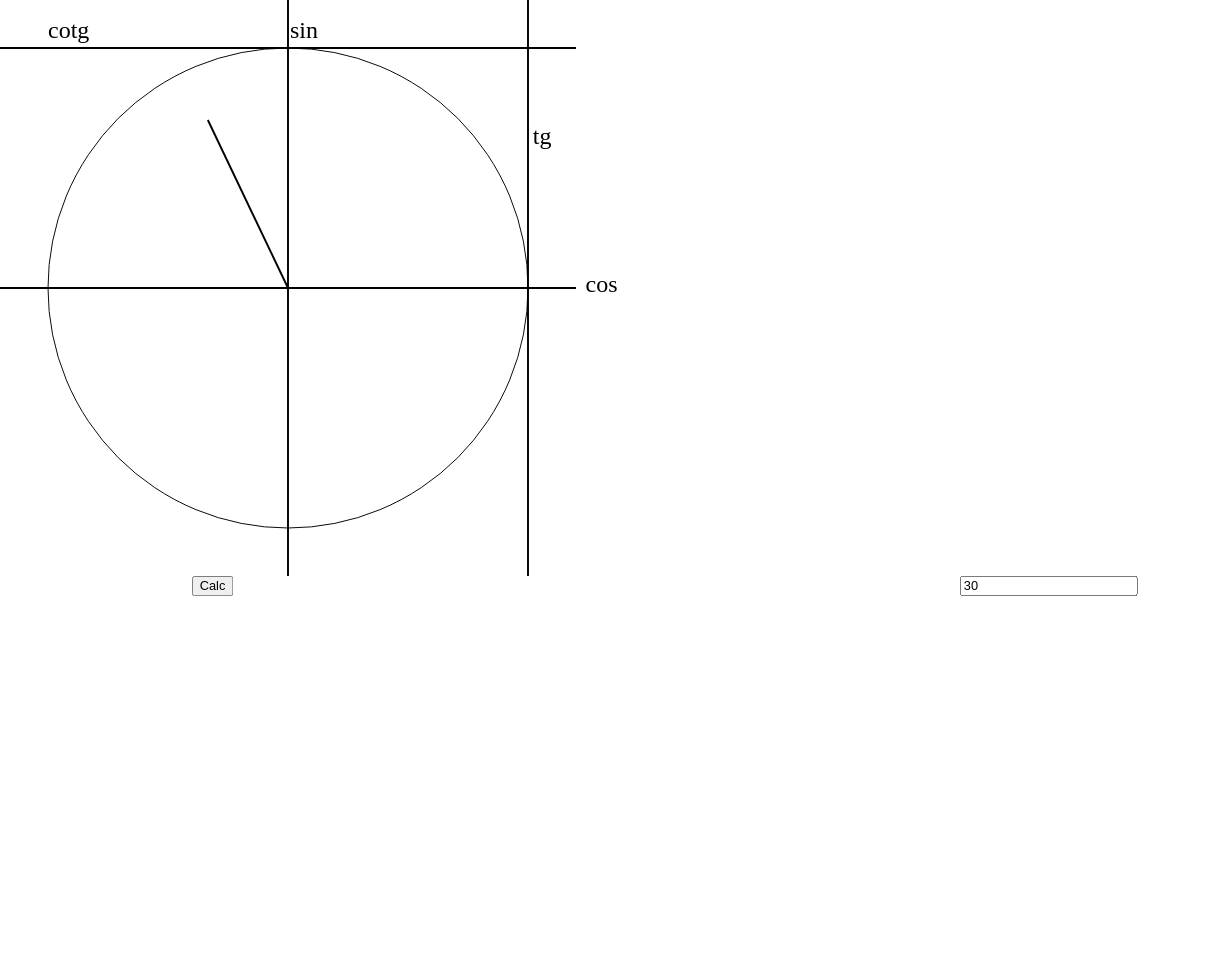
Repository: BraynStorm/braynstorm.github.io
Page: http://localhost/
These files come from the project's save history. The page is drawn as it stood at one moment and after the next save; the edit follows.
The browser window is 1280 px wide. The pictures show the whole page, at 96% of full size.
After loading, the first visible `#stupid` was clicked once.
The page is run by PHP 8.4 with error messages shown; the project is at /var/www/html/.

Above is the page before, as saved 2015-02-23 20:03:56.

After the next save:
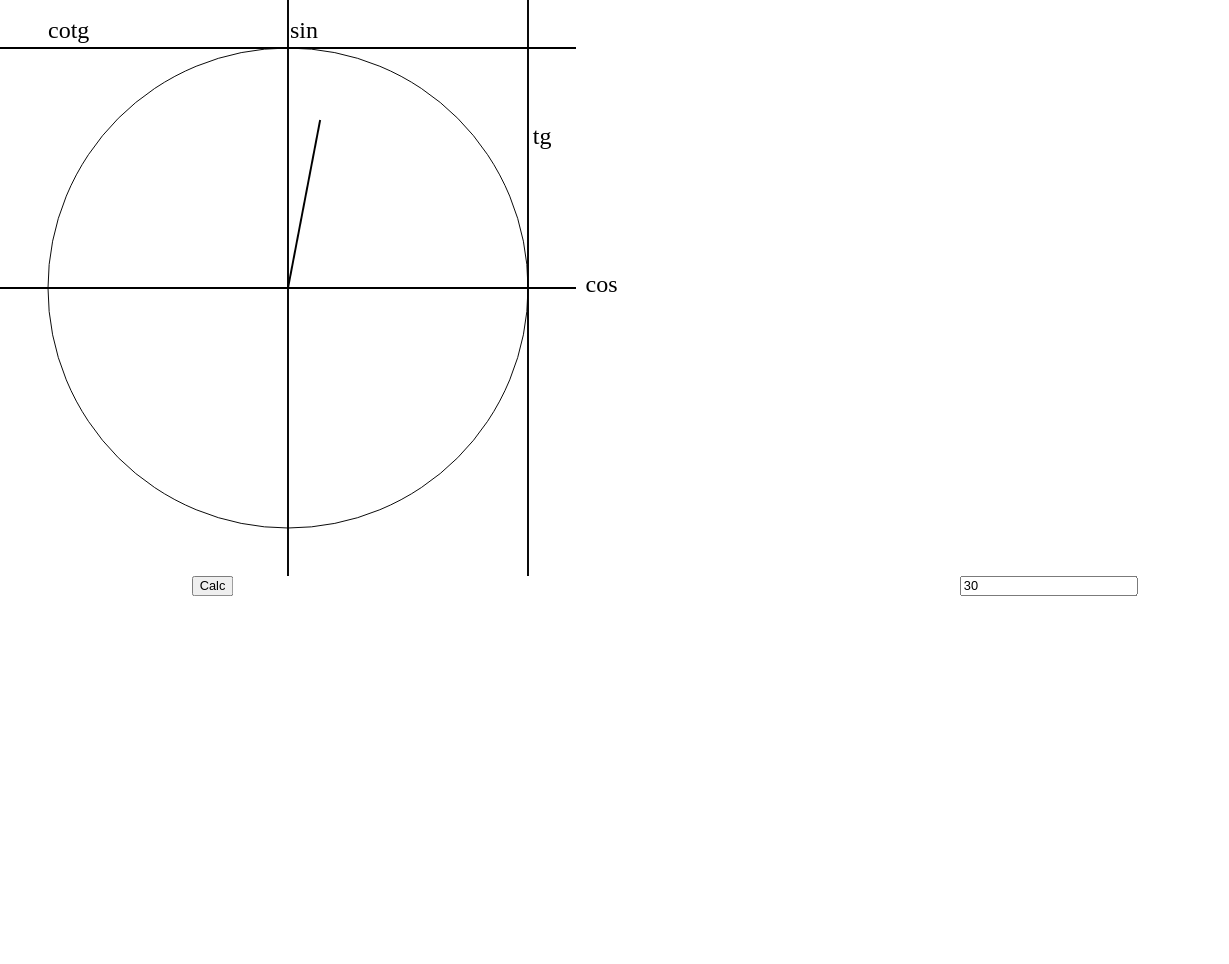
Saved 16 h 32 min later.
--- a/JSDrawing/js/swgDrawing.js
+++ b/JSDrawing/js/swgDrawing.js
@@ -9,7 +9,7 @@ $(document).ready(function (){
 		var angle = parseInt(box.val());
 		var radians = (Math.PI * 2) * (angle/360) ;
 		var radius = 250;
-		var x = Math.cos(radians) * radius;
+		var x = 550 - Math.cos(radians) * radius;
 		var y = Math.sin(radians) * radius;
 
 		document.getElementById("angle").setAttributeNS(null, "x2", x);
